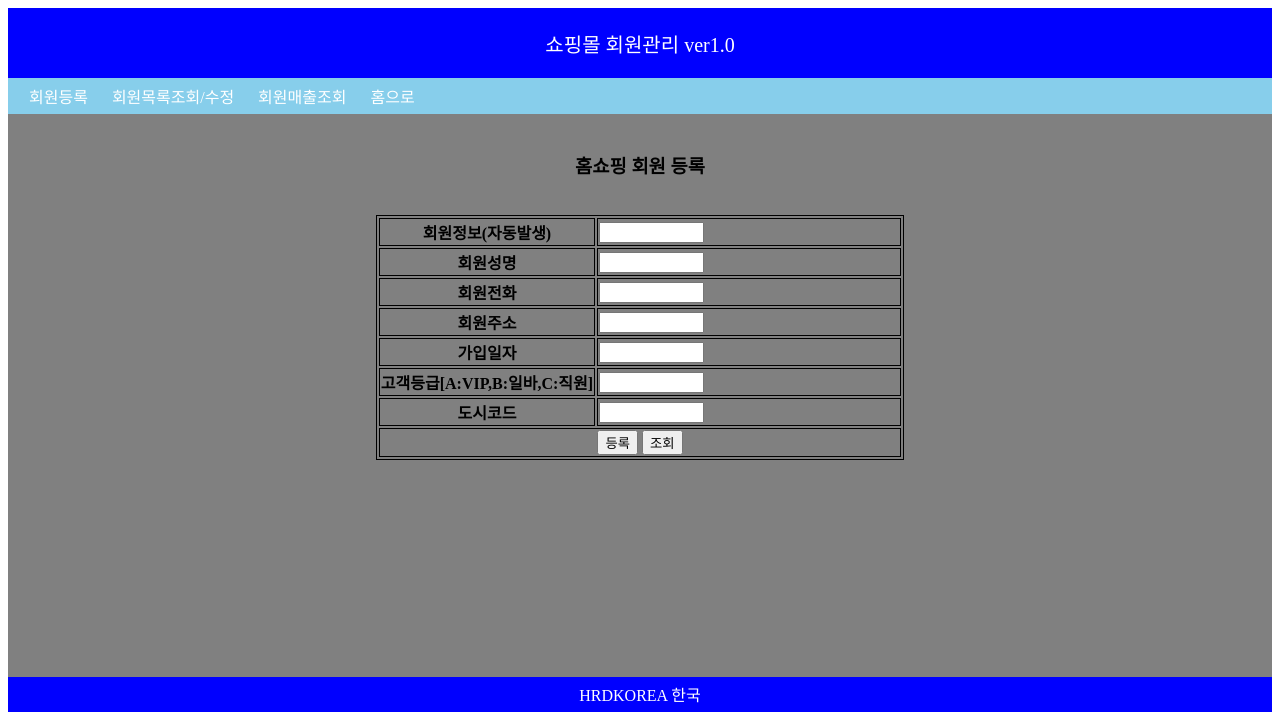
Repository: choigobin/Programming
Page: http://localhost/HRD_1119/insert.jsp
An editor plug-in stored every save of this project. The page is shown before and after the next save, followed by the edit.
The browser window is 1280 px wide. The pictures show the whole page.
The page is served by Tomcat 9.

Above is the page before, as saved 2019-11-19 07:16:20.

### YangJung/workspace/HRD_1119/WebContent/insert.jsp
<%@ page language="java" contentType="text/html; charset=UTF-8"
    pageEncoding="UTF-8"%>
<%@include file="header.jsp" %>
	<br />
	<h3 align="center">홈쇼핑 회원 등록</h3>
	<br />
	<form action="">
	<table align="center">
		<tr>
			<th>회원정보(자동발생)</th>
			<td width="300">
				<input type="text" size=10; name="custno">
			</td>
		</tr>
		<tr>
			<th>회원성명</th>
			<td>
				<input type="text" size=10; name="">
			</td>
		</tr>
		<tr>
			<th>회원전화</th>
			<td>
				<input type="text" size=10; name="">
			</td>
		</tr>
		<tr>
			<th>회원주소</th>
			<td>
				<input type="text" size=10; name="">
			</td>
		</tr>
		<tr>
			<th>가입일자</th>
			<td>
				<input type="text" size=10; name="">
			</td>
		</tr>
		<tr>
			<th>고객등급[A:VIP,B:일바,C:직원]</th>
			<td>
				<input type="text" size=10; name="">
			</td>
		</tr>
		<tr>
			<th>도시코드</th>
			<td>
				<input type="text" size=10; name="">
			</td>
		</tr>
		<tr>
			<td colspan="2" align="center">
				<input type="submit" value="등록">
				<input type="button" value="조회" onclick="location.href='select.jsp'">
			</td>
		</tr>
	</table>
	</form>
<%@include file="footer.jsp" %>

### YangJung/workspace/HRD_1119/WebContent/header.jsp
<%@ page language="java" contentType="text/html; charset=UTF-8"
    pageEncoding="UTF-8"%>
<html>
<head>
<meta charset="UTF-8">
<style>
#tb1 {
		height:100%; width:100%;
		border: 0px;
		border-collapse: collapse;
		}
table{
	border: solid black 1px;
	border-collapse: separate;
	}
#t1 {
	border: 0px;
	}
tr,td,th{
	border: solid black 1px;
	}
a{
	color:white;
	text-decoration:none;
}
</style>
<title>쇼핑몰 회원관리</title>
</head>
<body>
<table id="tb1">
<tr id="t1" height="10%"><%-- header --%>
	<td id="t1" bgcolor="blue" align="center">
		<span style="font-size:20px; color:white;">쇼핑몰 회원관리 ver1.0</span>
	</td>
</tr>
<tr id="t1" height="5%"><%-- nav --%>
	<td id="t1" bgcolor="skyblue" align="left">
		<span style="color:white;">
			&nbsp&nbsp&nbsp&nbsp
			<a href="insert.jsp">회원등록</a>
			&nbsp&nbsp&nbsp&nbsp
			<a href="select.jsp">회원목록조회/수정</a>
			&nbsp&nbsp&nbsp&nbsp
			<a href="#">회원매출조회</a>
			&nbsp&nbsp&nbsp&nbsp
			<a href="index.jsp">홈으로</a>
		</span>
	</td>
</tr>
<tr id="t1">
	<td id="t1" bgcolor="gray" valign="top">

### YangJung/workspace/HRD_1119/WebContent/footer.jsp
	</td>
</tr>
<tr id="t1" height="5%"><%-- footer --%>
	<td id="t1" bgcolor="blue" align="center">
		<span style="color:white;">HRDKOREA 한국</span>
	</td>
</tr>
</table>
</body>
</html>
<%@ page language="java" contentType="text/html; charset=UTF-8"
    pageEncoding="UTF-8"%>

After the next save:
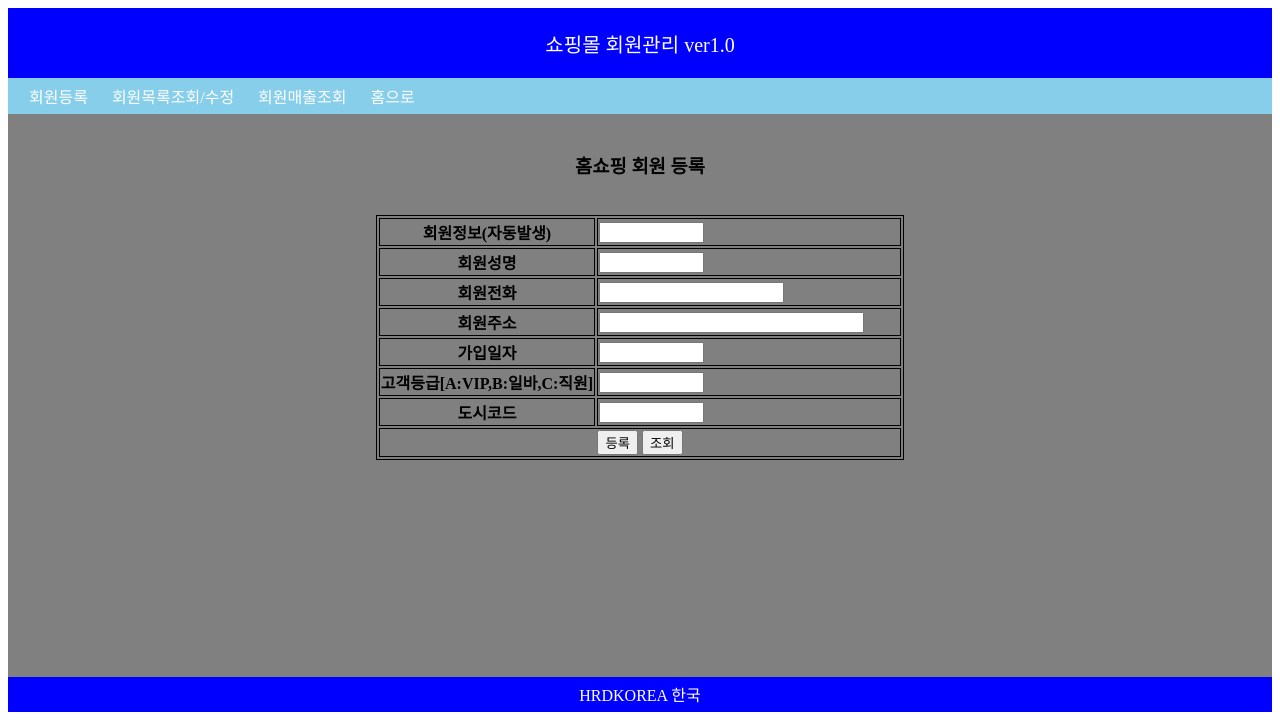
Saved 26 s later.
--- a/YangJung/workspace/HRD_1119/WebContent/insert.jsp
+++ b/YangJung/workspace/HRD_1119/WebContent/insert.jsp
@@ -21,13 +21,13 @@
 		<tr>
 			<th>회원전화</th>
 			<td>
-				<input type="text" size=10; name="">
+				<input type="text" size=20; name="">
 			</td>
 		</tr>
 		<tr>
 			<th>회원주소</th>
 			<td>
-				<input type="text" size=10; name="">
+				<input type="text" size=30; name="">
 			</td>
 		</tr>
 		<tr>
